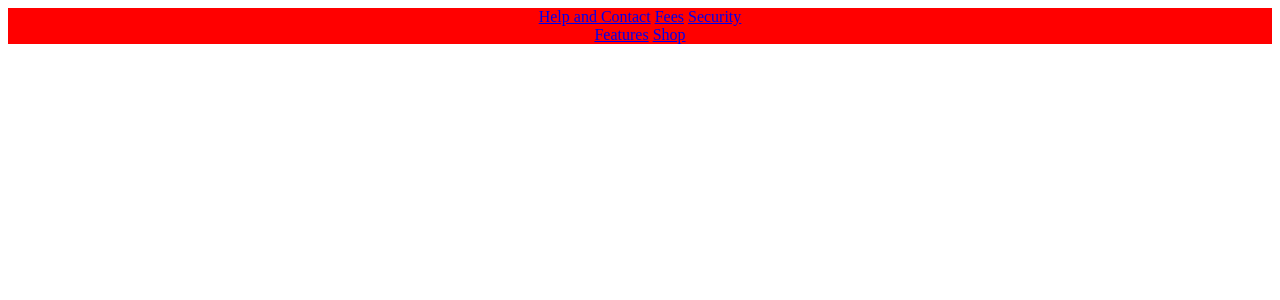
Repository: Jayeola3/Paypal
Page: text.html
The author's editor kept a copy of each file at every save. The page is drawn from the files as they stood at one save, then again after the next save.
The browser window is 1280 px wide. The pictures show the whole page.

Above is the page before, as saved 2022-06-29 13:20:37.

After the next save:
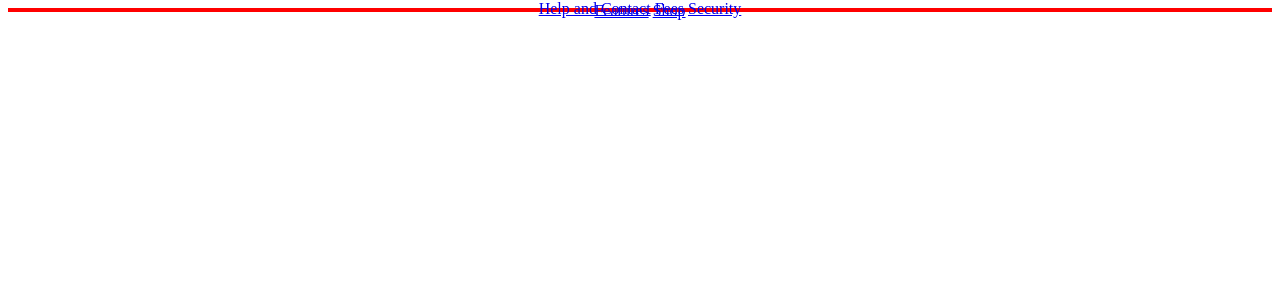
Saved 41 s later.
--- a/text.html
+++ b/text.html
@@ -18,6 +18,7 @@
         .moves{
             background-color: red;
             width: 100%;
+            line-height: 2px;
             text-align: center;
         }
     </style>
